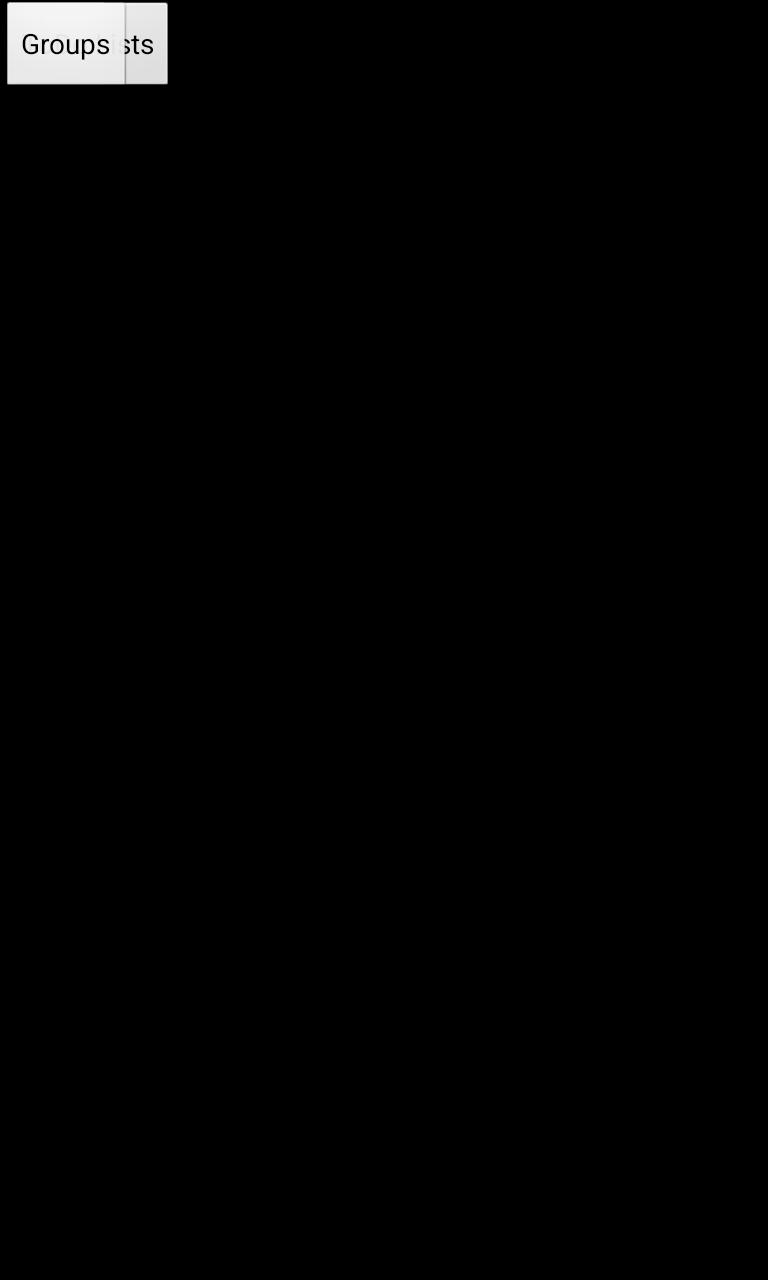
Repository: hilfialkaff/todo
Layout: ToDo_Replica/res/layout/main.xml
These files come from the project's save history. The layout is drawn as it stood at one moment and after the next save; the edit follows.
It is drawn on a 768 x 1280 px phone screen (xhdpi) without system bars, with theme CustomTheme; the app's code is not run.

Above is the layout before, as saved 2011-03-17 23:20:49.

After the next save:
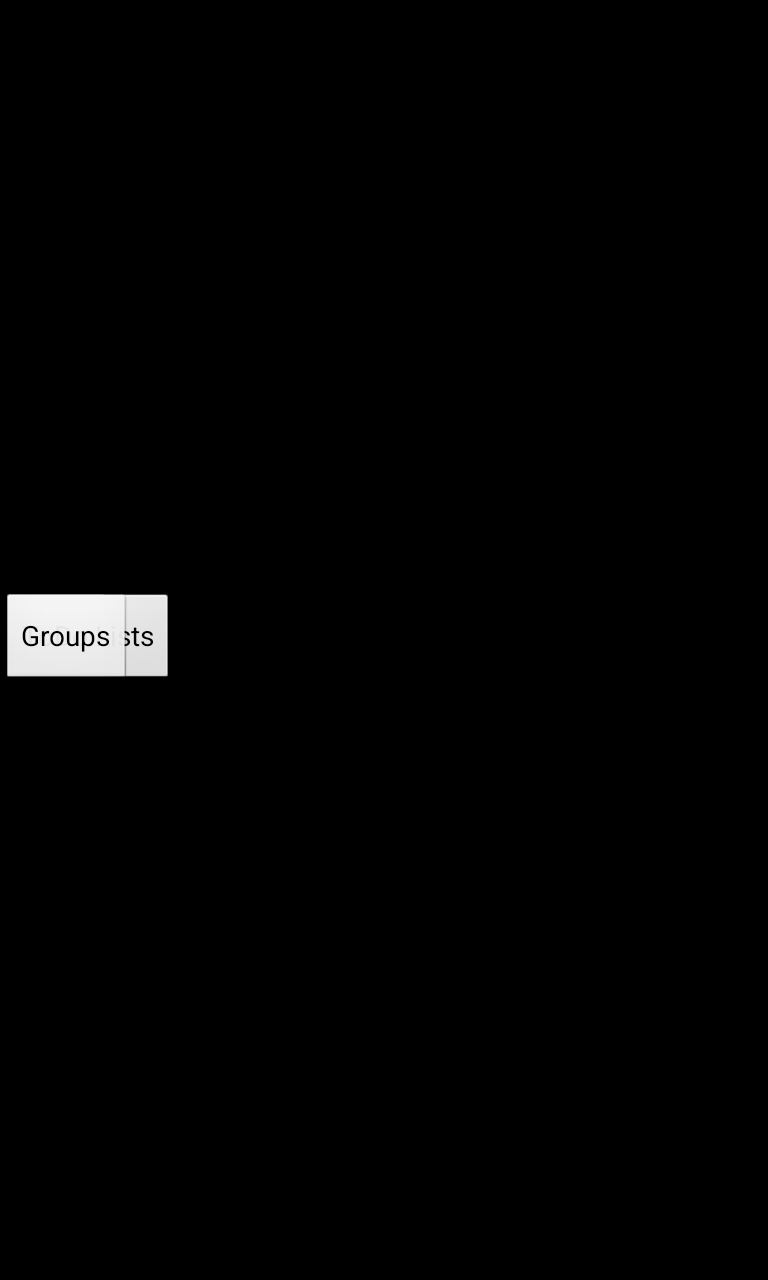
Saved 17 s later.
--- a/ToDo_Replica/res/layout/main.xml
+++ b/ToDo_Replica/res/layout/main.xml
@@ -2,7 +2,8 @@
 <RelativeLayout
 	xmlns:android="http://schemas.android.com/apk/res/android"
     android:layout_width="fill_parent"
-    android:layout_height="fill_parent">
+    android:layout_height="fill_parent"
+    android:gravity="center_vertical">
     <ImageView
 		android:id="@+id/iv_background"
 		android:layout_width="wrap_content"
